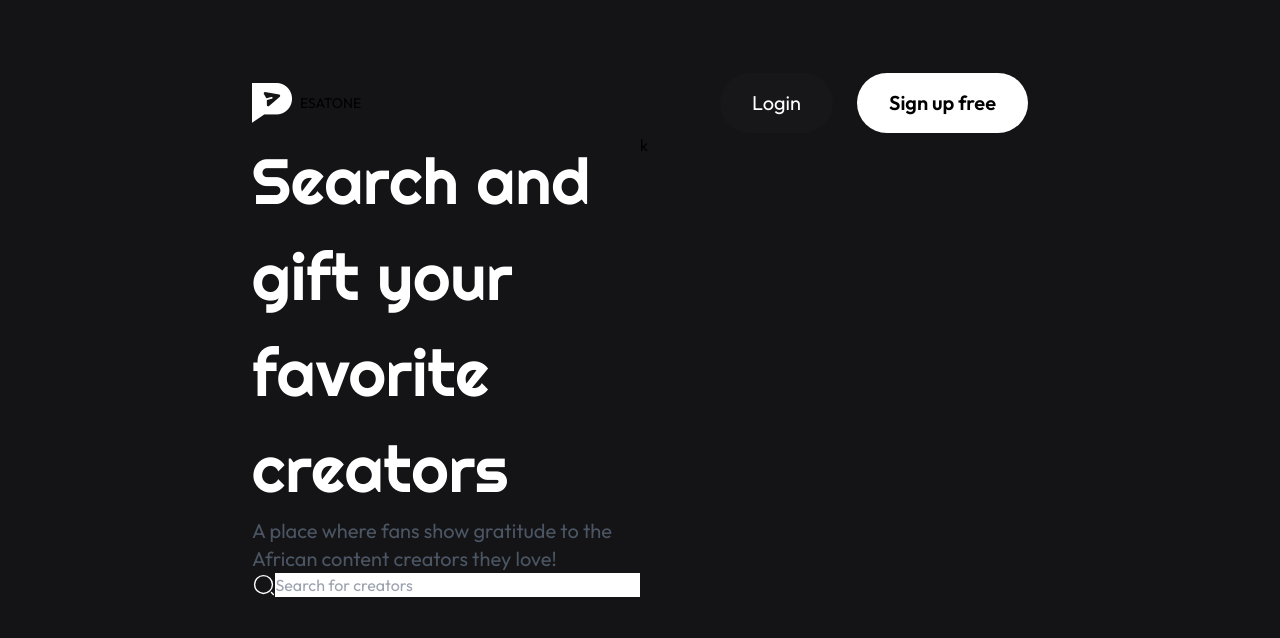
Repository: felixdusengimana/capstone-project-mirror
Page: / (app in frontend/)
These files come from the project's save history. The page is drawn as it stood at one moment and after the next save; the edit follows.
The browser window is 1280 px wide. The pictures show the whole page.
The project was rebuilt for these pictures with package versions that can differ from the ones it lists, and the page was loaded fresh each time. The framework's server and built-in components were replaced by stand-ins that run in the browser. Also part of the build but not shown: frontend/next.config.mjs.

Above is the page before, as saved 2024-03-11 12:20:20.

### frontend/app/layout.tsx
import type { Metadata } from "next";
import { Righteous, Outfit } from "next/font/google";
import "./globals.css";

const outfit = Outfit({ subsets: ["latin"], variable: "--font-outfit" });
const righteous = Righteous({
  subsets: ["latin"],
  variable: "--font-righteous",
  weight: "400",
});

export const metadata: Metadata = {
  title: "Pesatone - Search and gift your favorite creators",
  description:
    "A place where fans show gratitude to the African content creators they love!",
};

export default function RootLayout({
  children,
}: Readonly<{
  children: React.ReactNode;
}>) {
  return (
    <html lang="en">
      <body className={`${outfit.variable} ${righteous.variable} font-sans`}>
        {children}
      </body>
    </html>
  );
}

### frontend/app/page.tsx
import Intro from "@/components/organisms/Intro";
import Navbar from "@/components/organisms/Navbar";
import React from "react";

export default function page() {
  return (
    <div className="py-[73px]">
      <Navbar />
      <Intro />
    </div>
  );
}

### frontend/app/globals.css
@tailwind base;
@tailwind components;
@tailwind utilities;

:root {
  --bg: #141416;
  --bg-hover: #232326;
  --secondary-color: #17171A;
  --foreground-rgb: 0, 0, 0;
  --background-start-rgb: 214, 219, 220;
  --background-end-rgb: 255, 255, 255;
}

@media (prefers-color-scheme: dark) {
  :root {
    --foreground-rgb: 255, 255, 255;
    --background-start-rgb: 0, 0, 0;
    --background-end-rgb: 0, 0, 0;
  }
}

body {
  background: var(--bg);
  color: rgb(var(--foreground-rgb));
}

@layer utilities {
  .text-balance {
    text-wrap: balance;
  }
}

.page-padding {
  padding: 0 252px;
}

### frontend/components/organisms/Intro.tsx
"use client";

import Headline from "@/components/atoms/Headline";
import Search from "@/components/molecules/Search";

export default function Intro() {
  return (
    <div className="grid grid-cols-2 page-padding">
      <div>
        <Headline className="text-[64px]">
          Search and gift your favorite creators
        </Headline>
        <p className="text-xl text-gray-600 max-w-[535px]">
          A place where fans show gratitude to the African content creators they
          love!
        </p>
        <Search
          onSearch={(value) => {
            console.log({ value });
          }}
        />
      </div>
      <div>k</div>
    </div>
  );
}

### frontend/components/organisms/Navbar.tsx
import Image from "next/image";
import Button from "../atoms/Button";
import Link from "next/link";

export default function Navbar() {
  return (
    <div className="page-padding flex justify-between items-center">
      <Link href={"/"} className="flex  items-center gap-2">
        <Image
          src="/logo-white.png"
          alt="PESATONElogo"
          width={40}
          height={40}
        />
        <p className="text-sm">ESATONE</p>
      </Link>
      <div className="flex items-center gap-6">
        <Link href={"/login"}>
          <Button variant="secondary" className="px-12">
            Login
          </Button>
        </Link>
        <Link href={"/join"}>
          <Button variant="white" className="font-semibold">
            Sign up free
          </Button>
        </Link>
      </div>
    </div>
  );
}

### frontend/components/atoms/Headline.tsx
import { ComponentProps } from "react";

interface HeadlineProps extends ComponentProps<"h1"> {}

export default function Headline({ ...props }: HeadlineProps) {
  return (
    <div className={`font-mono text-white ${props.className}`}>
      {props.children}
    </div>
  );
}

### frontend/components/molecules/Search.tsx
"use client";
import { ComponentProps, useEffect, useState } from "react";
import Icon from "../atoms/Icon";

interface SearchProps extends ComponentProps<"div"> {
  placeholder?: string;
  onSearch?: (query: string) => void;
  onClear?: () => void;
}
export default function Search({
  placeholder = "Search for creators",
  onSearch,
  onClear,
  ...props
}: SearchProps) {
  const [query, setQuery] = useState("");

  // return value after 300ms
  useEffect(
    () => {
      const timer = setTimeout(() => {
        onSearch?.(query);
      }, 300);
      return () => clearTimeout(timer);
    },
    // eslint-disable-next-line react-hooks/exhaustive-deps
    [query]
  );

  return (
    <div {...props} className={`flex `}>
      <Icon name="search" onClick={() => onSearch?.(query)} />
      <input
        type="text"
        placeholder={placeholder}
        className="w-full text-white"
        onChange={(e) => setQuery(e.target.value)}
      />
    </div>
  );
}

### frontend/components/atoms/Button.tsx
import { ComponentProps } from "react";

interface ButtonProps extends ComponentProps<"button"> {
  variant?: "dark" | "white" | "blurred" | "secondary";
  size?: "sm" | "md" | "lg";
  bordered?: boolean;
}

export default function Button({ ...props }: ButtonProps) {
  const { variant = "dark", size = "md", bordered = false } = props;

  const variantClasses = {
    dark: "bg-black text-white",
    white: "bg-white text-black",
    secondary: "bg-secondary text-white",
    blurred: "bg-blurred text-white",
  };

  const sizeClasses = {
    sm: "px-2 py-1",
    md: "px-8 py-4",
    lg: "px-6 py-3",
  };

  const borderClasses = bordered ? "border border-black" : "";

  return (
    <button
      {...props}
      className={`text-xl font-normal rounded-full ${variantClasses[variant]} ${sizeClasses[size]} ${borderClasses} ${props.className}`}
    >
      {props.children}
    </button>
  );
}

### frontend/components/atoms/Icon.tsx
import { ComponentProps } from "react";

interface IconProps extends ComponentProps<"svg"> {
  name: "user" | "search";
}

function User({ ...props }) {
  return (
    <svg
      width="41"
      height="40"
      viewBox="0 0 41 40"
      fill="none"
      xmlns="http://www.w3.org/2000/svg"
      {...props}
    >
      <path
        d="M20.5 17.5C23.2614 17.5 25.5 15.2614 25.5 12.5C25.5 9.73858 23.2614 7.5 20.5 7.5C17.7386 7.5 15.5 9.73858 15.5 12.5C15.5 15.2614 17.7386 17.5 20.5 17.5Z"
        stroke="#4B5563"
        stroke-width="2.5"
        stroke-linecap="round"
        stroke-linejoin="round"
      />
      <path
        d="M33 34.1666C32.2083 18.6116 8.79167 18.6116 8 34.1666"
        stroke="#4B5563"
        stroke-width="2.5"
        stroke-linecap="round"
        stroke-linejoin="round"
      />
    </svg>
  );
}

function Search({ ...props }) {
  return (
    <svg
      width="25"
      height="24"
      viewBox="0 0 25 24"
      fill="none"
      xmlns="http://www.w3.org/2000/svg"
      {...props}
    >
      <path
        d="M12.25 21C17.4967 21 21.75 16.7467 21.75 11.5C21.75 6.25329 17.4967 2 12.25 2C7.00329 2 2.75 6.25329 2.75 11.5C2.75 16.7467 7.00329 21 12.25 21Z"
        stroke="white"
        stroke-width="1.5"
        stroke-linecap="round"
        stroke-linejoin="round"
      />
      <path
        d="M22.75 22L20.75 20"
        stroke="white"
        stroke-width="1.5"
        stroke-linecap="round"
        stroke-linejoin="round"
      />
    </svg>
  );
}

export default function Icon({ name, ...props }: IconProps) {
  switch (name) {
    case "user":
      return <User {...props} />;
    case "search":
      return <Search {...props} />;
    default:
      return null;
  }
}

### frontend/tailwind.config.ts
import type { Config } from "tailwindcss";

const config: Config = {
  content: [
    "./pages/**/*.{js,ts,jsx,tsx,mdx}",
    "./components/**/*.{js,ts,jsx,tsx,mdx}",
    "./app/**/*.{js,ts,jsx,tsx,mdx}",
  ],
  theme: {
    extend: {
      // backgroundImage: {
      //   "gradient-radial": "radial-gradient(var(--tw-gradient-stops))",
      //   "gradient-conic":
      //     "conic-gradient(from 180deg at 50% 50%, var(--tw-gradient-stops))",
      // },
      fontFamily: {
        sans: ["var(--font-outfit)"],
        mono: ["var(--font-righteous)"],
      },
      colors: {
        secondary: "var(--secondary-color)",
      },
    },
  },
  plugins: [],
};
export default config;

After the next save:
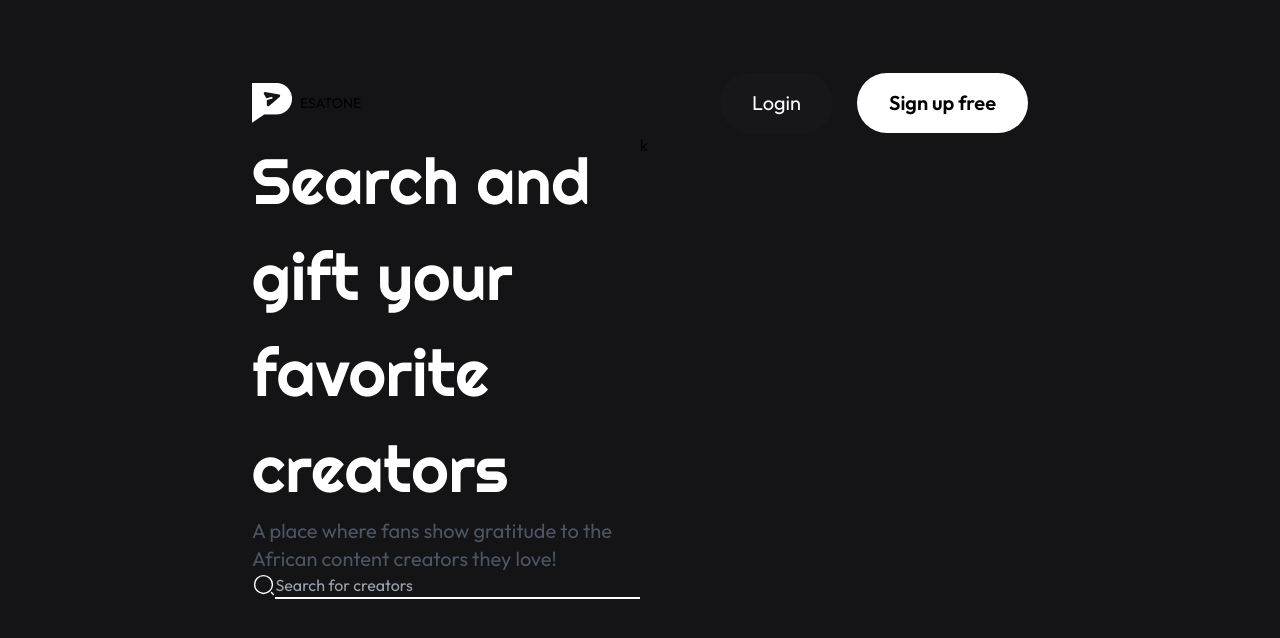
Saved 7 s later.
--- a/frontend/components/molecules/Search.tsx
+++ b/frontend/components/molecules/Search.tsx
@@ -33,7 +33,7 @@ export default function Search({
       <input
         type="text"
         placeholder={placeholder}
-        className="w-full text-white"
+        className="w-full text-white bg-transparent border-b-2 border-white focus:outline-none focus:border-primary-500"
         onChange={(e) => setQuery(e.target.value)}
       />
     </div>
